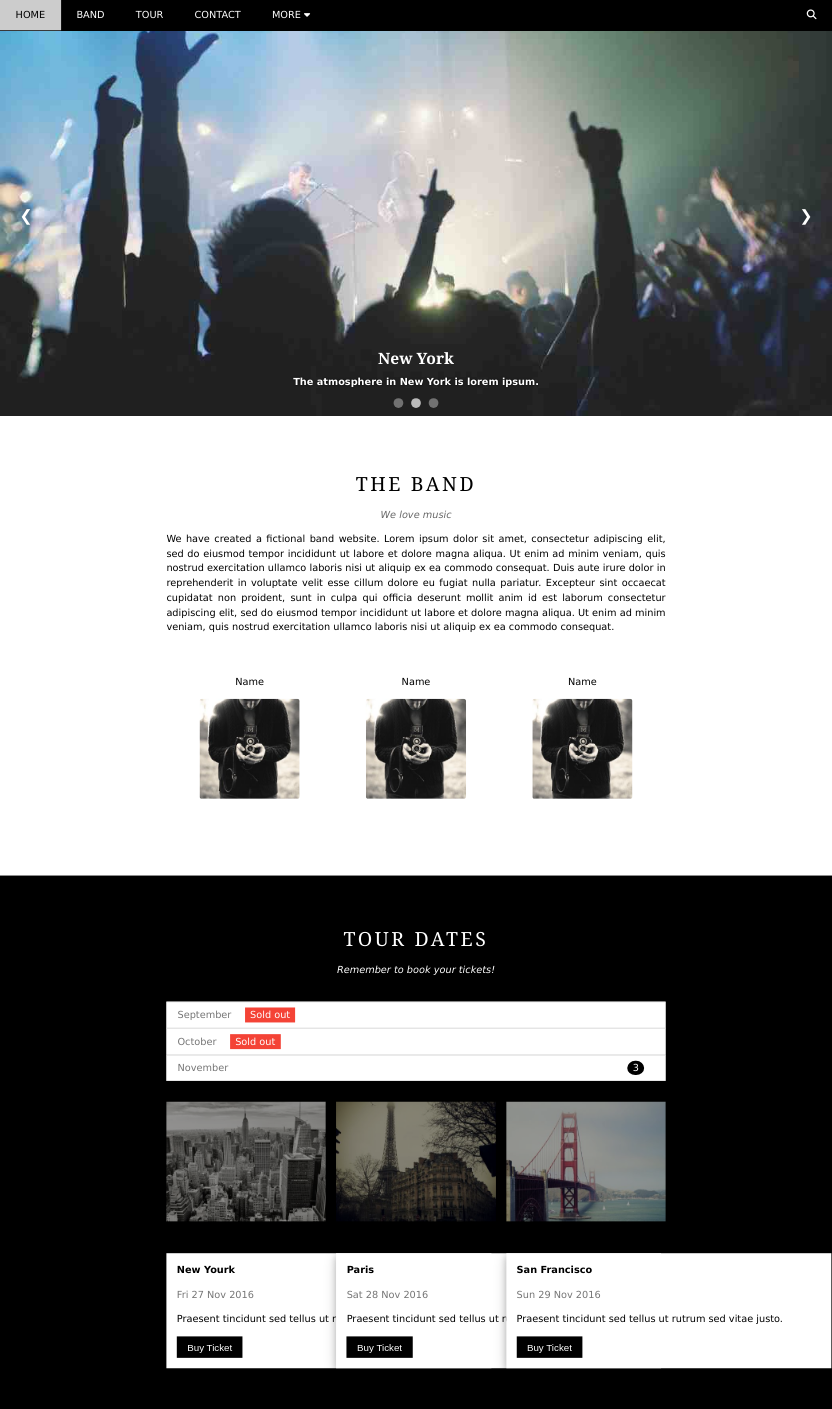
Repository: tam1512/The-Band
Page: index.html
These files come from the project's save history. The page is drawn as it stood at one moment and after the next save; the edit follows.
The browser window is 1280 px wide. The pictures show the whole page, at 65% of full size.
Some web libraries are served in a nearby version.

Above is the page before, as saved 2022-07-24 11:08:31.

After the next save:
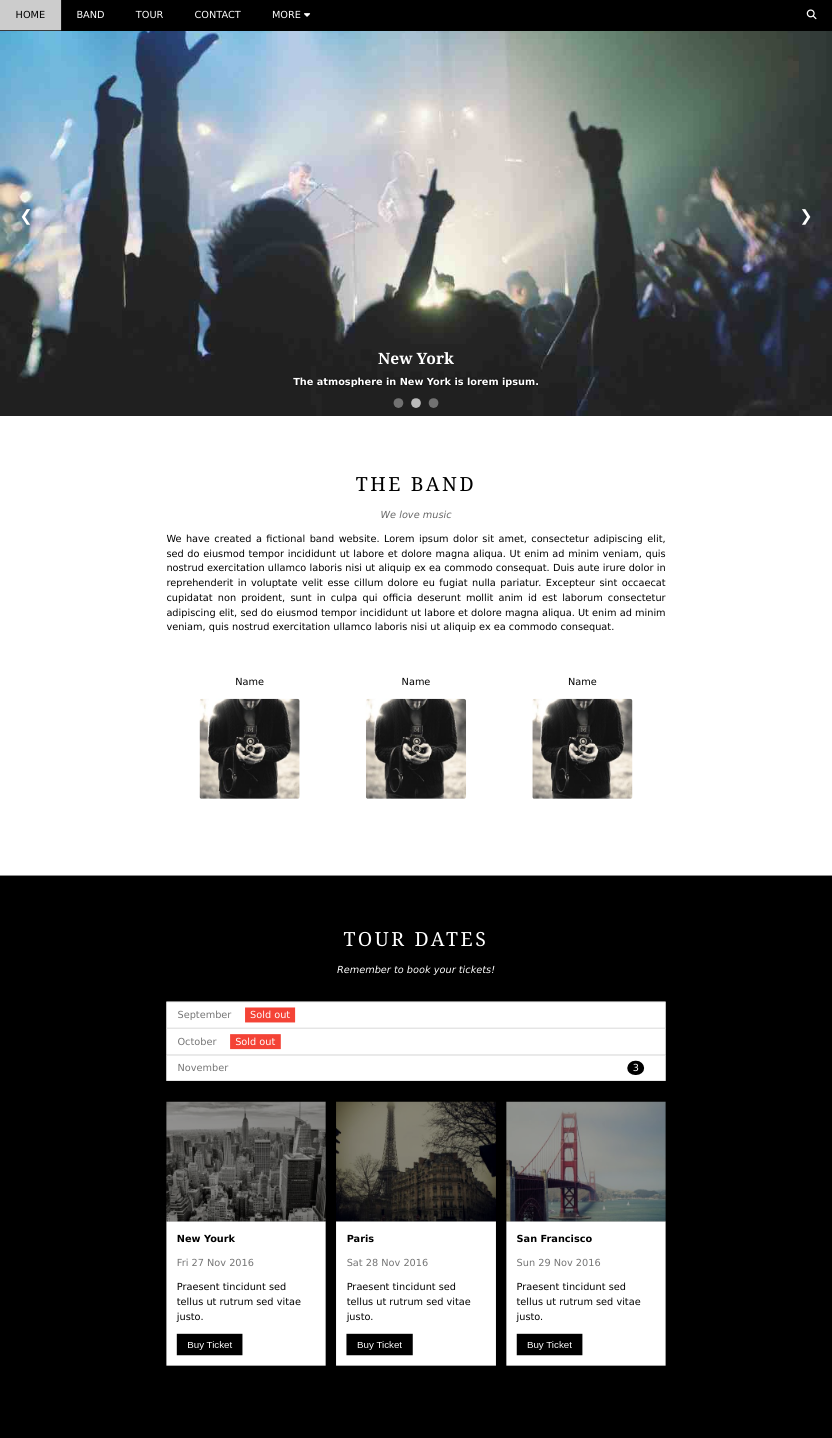
Saved 105 s later.
--- a/assets/css/style.css
+++ b/assets/css/style.css
@@ -396,7 +396,7 @@ li.header_nav_dropdown {
   background-color: rgba(0, 0, 0, 0.4);
 }
 
-.ticket-content {
+.ticket-modal-content {
   position: relative;
   top: 49px;
   width: 500px;
